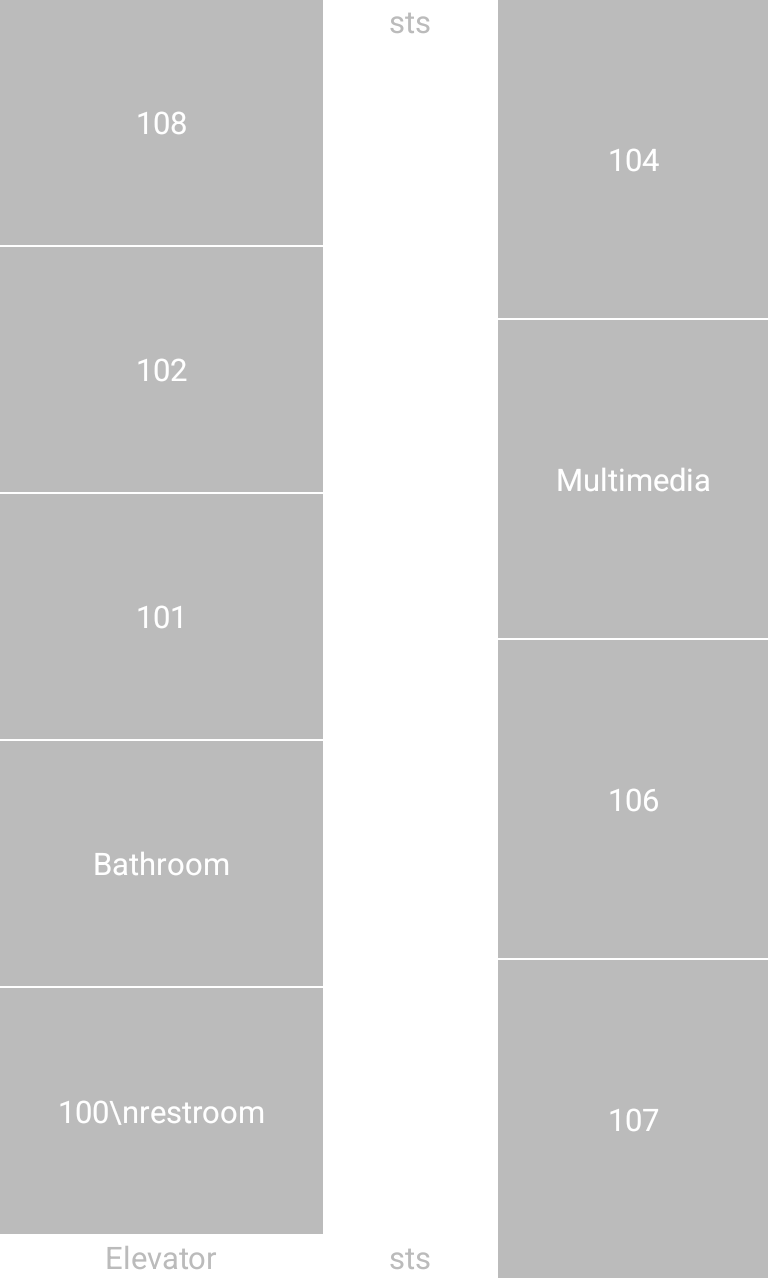
Repository: Choi-HyunWoo/Baddest
Layout: WorkOn_SELLA/workspace/BaddestHansung/res/layout/campus_gonghaka.xml
An editor plug-in stored every save of this project. The layout is shown before and after the next save, followed by the edit.
It is drawn on a 768 x 1280 px phone screen (xhdpi) without system bars, with theme android:Theme.Light.NoTitleBar; the app's code is not run.

Above is the layout before, as saved 2014-05-29 12:05:29.

After the next save:
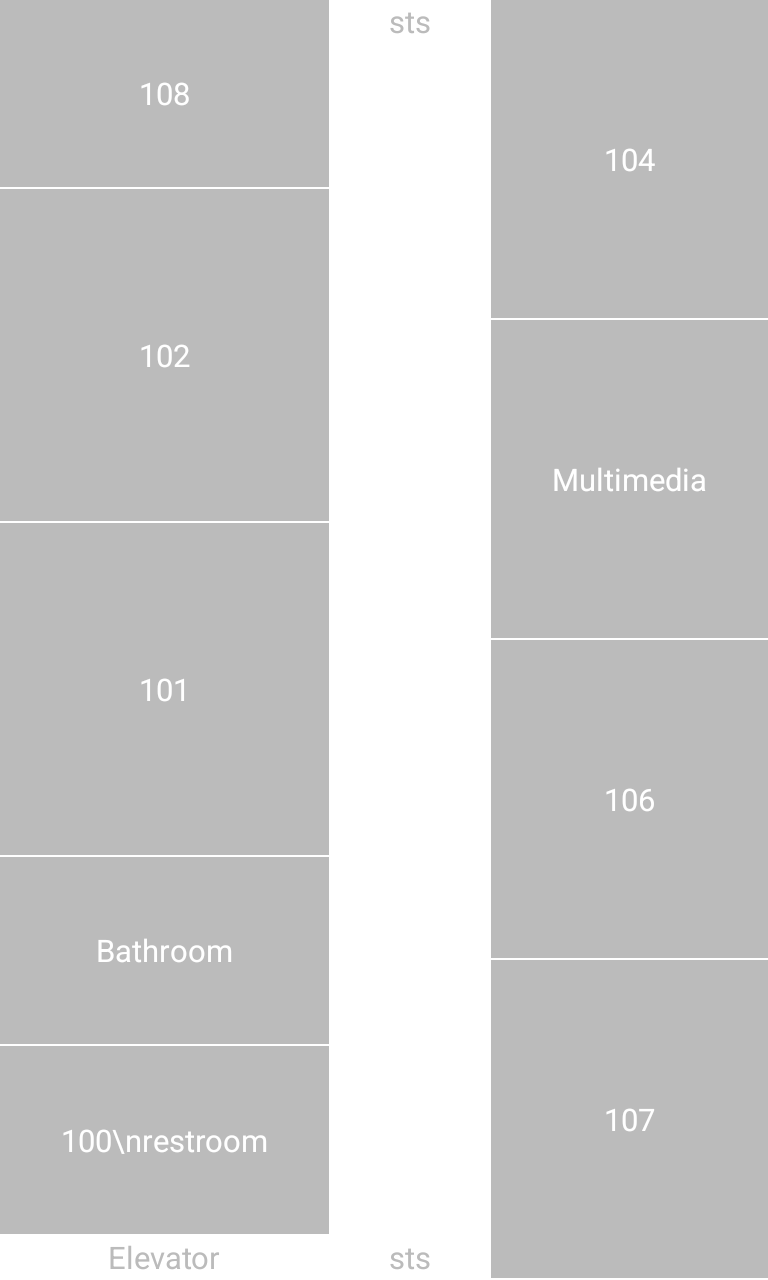
Saved 87 s later.
--- a/WorkOn_SELLA/workspace/BaddestHansung/res/layout/campus_gonghaka.xml
+++ b/WorkOn_SELLA/workspace/BaddestHansung/res/layout/campus_gonghaka.xml
@@ -15,9 +15,11 @@
             style="@style/RoomButton" />
         <Button
             android:text="102"
+            android:layout_weight="2"
             style="@style/RoomButton" />
         <Button
             android:text="101"
+            android:layout_weight="2"
             style="@style/RoomButton" />
         <Button
             android:text="Bathroom"
@@ -32,7 +34,7 @@
     </LinearLayout>
 
     <RelativeLayout
-    	android:layout_width="30dp"
+    	android:layout_width="20dp"
         android:layout_height="match_parent"
         android:layout_weight="1"
         android:orientation="vertical" >
